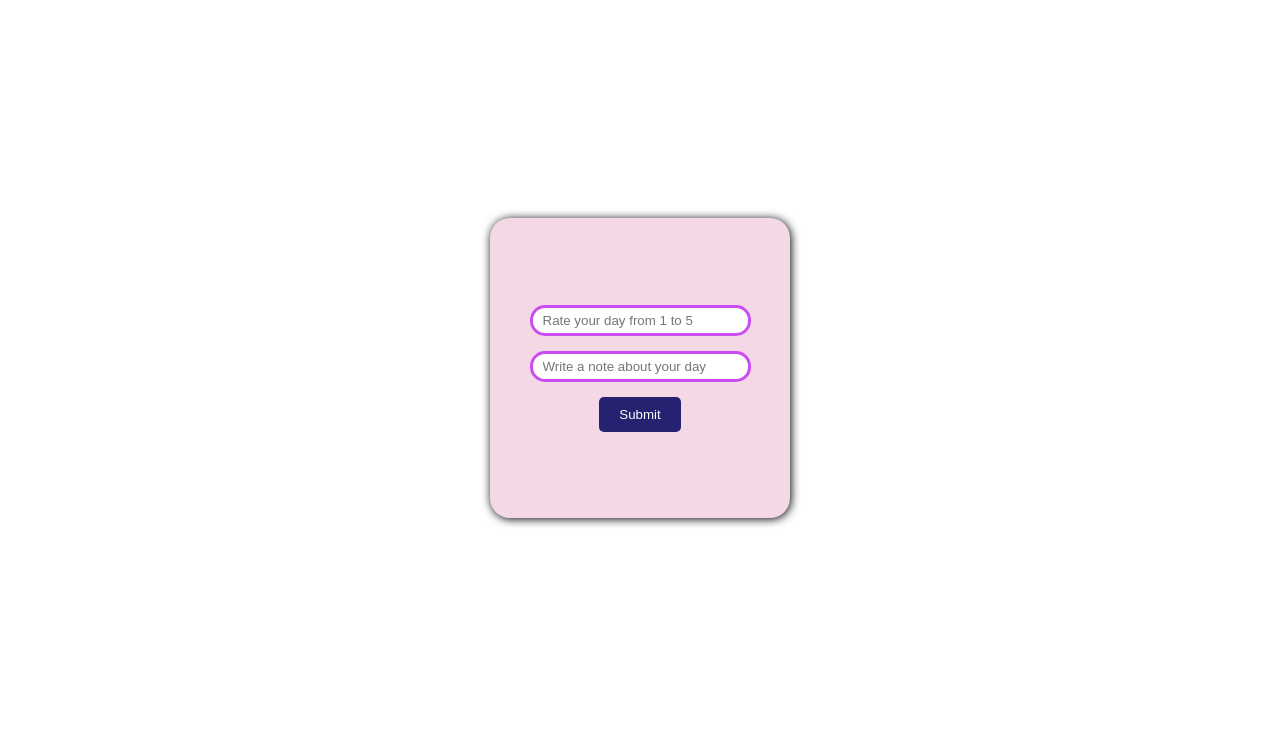
Repository: elenav24/RateMyDay
Page: frontend/index.html
The author's editor kept a copy of each file at every save. The page is drawn from the files as they stood at one save, then again after the next save.
The browser window is 1280 px wide. The pictures show the whole page.

Above is the page before, as saved 2025-05-15 01:32:21.

After the next save:
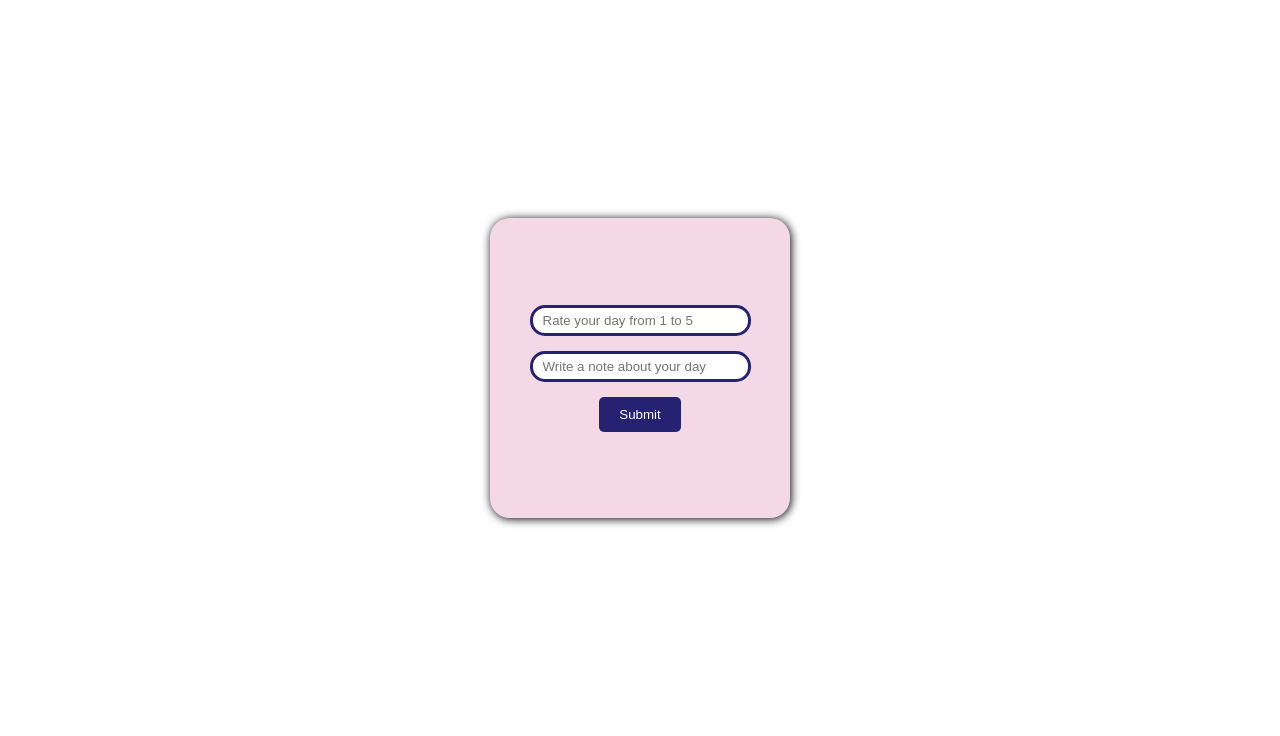
Saved 60 s later.
--- a/frontend/style.css
+++ b/frontend/style.css
@@ -18,7 +18,7 @@ body {
 }
 
 #rating, #note {
-    border: 3px solid #cb4df2;
+    border: 3px solid #252271;
     border-radius: 15px;
     width: 200px;
     padding: 5px;
